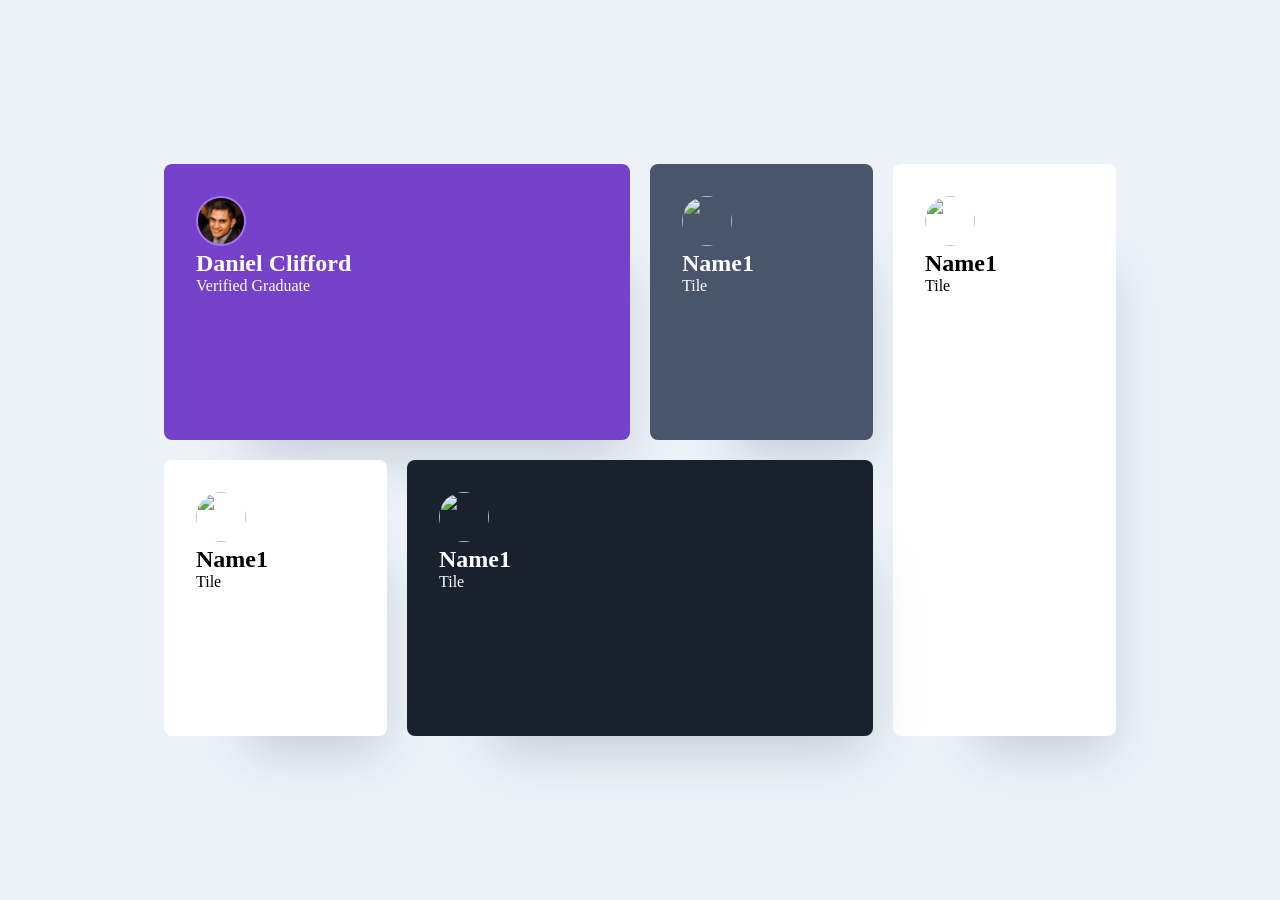
Repository: brandontaylor1/testimonial-card
Page: index.html
An editor plug-in stored every save of this project. The page is shown before and after the next save, followed by the edit.
The browser window is 1280 px wide. The pictures show the whole page.

Above is the page before, as saved 2025-01-10 23:40:59.

### index.html
<!DOCTYPE html>
<html lang="en">
<head>
    <meta charset="UTF-8">
    <meta name="viewport" content="width=device-width, initial-scale=1.0">
    <link rel="preconnect" href="https://fonts.googleapis.com">
    <link rel="preconnect" href="https://fonts.gstatic.com" crossorigin>
    <link href="https://fonts.googleapis.com/css2?family=Barlow+Semi+Condensed:ital,wght@0,100;0,200;0,300;0,400;0,500;0,600;0,700;0,800;0,900;1,100;1,200;1,300;1,400;1,500;1,600;1,700;1,800;1,900&display=swap" rel="stylesheet">
    <link rel="stylesheet" href="styles.css">
    <title>Testimonial Grid </title>
</head>
<body>
    <section class="container">
        <main class="testimonial-grid">
            <div class="card" id="card-1">
                <div class="profile-content">
                    <img src="./assets/images/image-daniel.jpg" alt="profile image" class="profile-img purple">
                    <div class="profile-text">
                        <h2 class="profile-text-name">Daniel Clifford</h2>
                        <p class="profile-text-title">Verified Graduate</p>
                    </div>
                </div>
                <h1 class="card-heading"></h1>
                <h2 class="card-subheading"></h2>
            </div>
            <div class="card" id="card-2">
                <div class="profile-content">
                    <img src="" alt="" class="profile-img">
                    <div class="profile-text">
                        <h2>Name1</h2>
                        <p>Tile</p>
                    </div>
                </div>
                <h1 class="card-heading"></h1>
                <h2 class="card-subheading"></h2>
            </div>
            <div class="card" id="card-3">
                <div class="profile-content">
                    <img src="" alt="" class="profile-img">
                    <div class="profile-text">
                        <h2>Name1</h2>
                        <p>Tile</p>
                    </div>
                </div>
                <h1 class="card-heading"></h1>
                <h2 class="card-subheading"></h2>
            </div>
            <div class="card" id="card-4">
                <div class="profile-content">
                    <img src="" alt="" class="profile-img">
                    <div class="profile-text">
                        <h2>Name1</h2>
                        <p>Tile</p>
                    </div>
                </div>
                <h1 class="card-heading"></h1>
                <h2 class="card-subheading"></h2>
            </div>
            <div class="card" id="card-5">
                <div class="profile-content">
                    <img src="" alt="" class="profile-img">
                    <div class="profile-text">
                        <h2>Name1</h2>
                        <p>Tile</p>
                    </div>
                </div>
                <h1 class="card-heading"></h1>
                <h2 class="card-subheading"></h2>
            </div>



        </main>
    </section>
</body>
</html>

### styles.css
* {
    margin: 0;
    padding: 0;
    box-sizing: border-box;
}

:root {

    --primary-moderate-violet: hsl(263, 55%, 52%);
    --primary-very-dark-grayish-blue: hsl(217, 19%, 35%);
    --primary-very-dark-blackish-blue: hsl(219, 29%, 14%);
    --primary-white: hsl(0, 0%, 100%);

    --secondary-neurtal-light-gray: hsl(0, 0%, 81%);
    --seconday-light-grayish-blue: hsl(210, 46%, 95%);
}

body {
    background-color: #ECF2F8;
    padding: 164px
}

.testimonial-grid {
    display: grid;
    grid-template-columns: repeat(4, 1fr);
    grid-template-rows: repeat(2, 1fr);
    gap: 20px;
    height: 572px;
}

.card {
    height: 100%;
    padding: 2rem;
    border-radius: 8px;
    box-shadow: 40px 60px 50px -47px rgba(72, 85, 106, 0.25);
}

.profile-img {
    width: 50px;
    height: 50px;
    border-radius: 50%;
}

.purple {
    border: 2px solid #A775F1;
}


#card-1 {
    grid-column: 1 / span 2;
    border-radius: 8px;
    background-color: var(--primary-moderate-violet);
    color: var(--primary-white);
}

#card-2 {
    grid-column: 3 / span 1;
    background-color: var(--primary-very-dark-grayish-blue);
    color: var(--primary-white);

}

#card-3 {
    grid-column: 4 / span 1;
    grid-row: 1 / span 2;
    background-color: var(--primary-white);
}

#card-4 {
    grid-column: 1 / span 1;
    grid-row: 2 / span 1;
    background-color: var(--primary-white);
}

#card-5 {
    grid-column: 2 / span 2;
    grid-row: 2 / span 1;
    background-color: var(--primary-very-dark-blackish-blue);
    color: var(--primary-white);

}

After the next save:
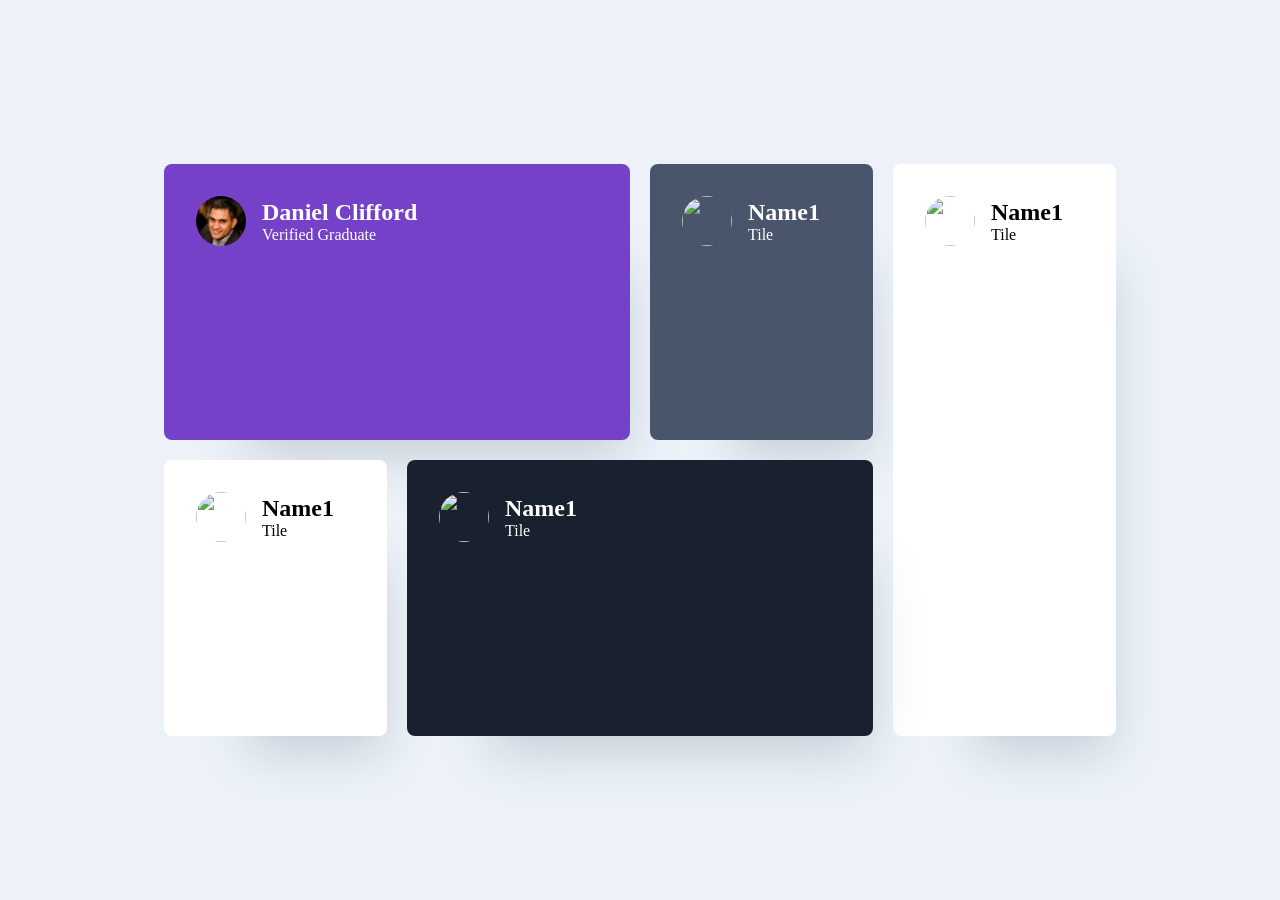
Saved 90 s later.
--- a/styles.css
+++ b/styles.css
@@ -35,11 +35,19 @@ body {
     box-shadow: 40px 60px 50px -47px rgba(72, 85, 106, 0.25);
 }
 
+.profile-content {
+    display: flex;
+    align-items: center;
+    gap: 1rem;
+}
+
 .profile-img {
     width: 50px;
     height: 50px;
     border-radius: 50%;
 }
+
+.profile-text
 
 .purple {
     border: 2px solid #A775F1;
